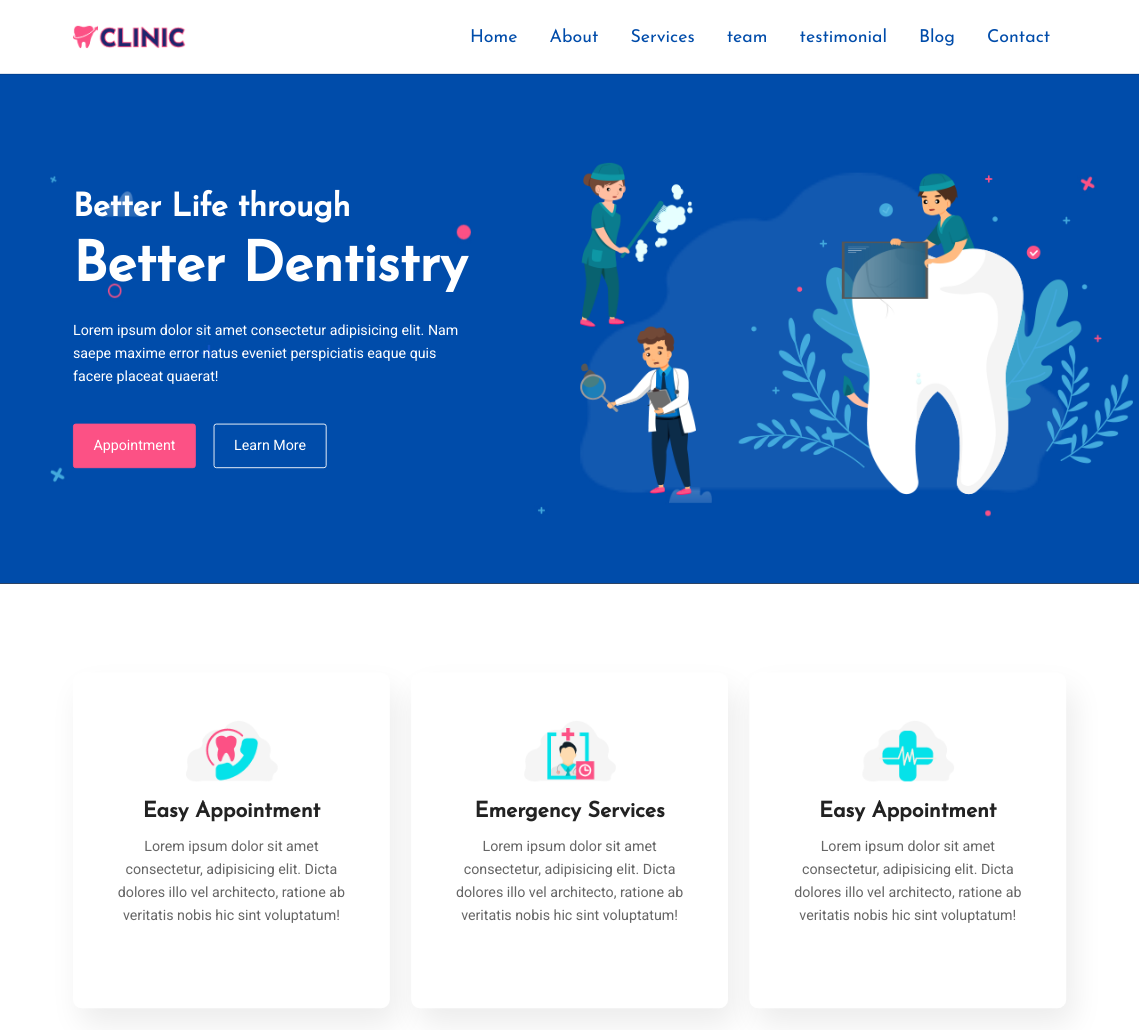
Repository: rsbappy/Project-13
Page: index.html
The author's editor kept a copy of each file at every save. The page is drawn from the files as they stood at one save, then again after the next save.
The browser window is 1280 px wide. The pictures show the whole page, at 89% of full size.
Some web libraries are served in a nearby version.

Above is the page before, as saved 2022-08-19 11:24:58.
Console error: TypeError: Cannot read properties of null (reading 'classList')

### index.html
<!doctype html>
<html lang="en">

<head>
    <!-- Required meta tags -->
    <meta charset="utf-8">
    <meta name="viewport" content="width=device-width, initial-scale=1">

    <!-- favicon icon -->

    <link rel="icon" href="/images/favicon.png" type="image/x-icon">

    <!-- Bootstrap CSS -->
    <link href="https://cdn.jsdelivr.net/npm/bootstrap@5.0.2/dist/css/bootstrap.min.css" rel="stylesheet" integrity="sha384-EVSTQN3/azprG1Anm3QDgpJLIm9Nao0Yz1ztcQTwFspd3yD65VohhpuuCOmLASjC" crossorigin="anonymous">

    <!-- font-awesome icon -->
    <link rel="stylesheet" href="https://cdnjs.cloudflare.com/ajax/libs/font-awesome/6.1.2/css/all.min.css">

    <!-- style CSS -->
    <link rel="stylesheet" href="css/style.css">

    <!-- responsive-style CSS -->
    <link rel="stylesheet" href="/css/responsive-style.css">

    <title>Hotel Website</title>
</head>

<body data-bs-spy="scroll" data-bs-target=".navar" data-bs-offset="100">

    <!-- Navbar Section  -->
    <header class="header_wrapper">
        <nav class="navbar navbar-expand-lg ">
            <div class="container">
                <a class="navbar-brand" href="#">
                    <img src="/images/logo.png" class="img-fluid" alt="logo" srcset="">
                </a>
                <button class="navbar-toggler" type="button" data-bs-toggle="collapse" data-bs-target="#navbarNavAltMarkup" aria-controls="navbarNavAltMarkup" aria-expanded="false" aria-label="Toggle navigation">
                <!-- <span class="navbar-toggler-icon"></span> -->
                <i class="fa-solid fa-bars-staggered navbar-toggler-icon"></i>
              </button>
                <div class="collapse navbar-collapse justify-content-end" id="navbarNavAltMarkup">
                    <div class="navbar-nav menu_navbar_menu">
                        <li class="nav-item">
                            <a class="nav-link active" aria-current="page" href="#Home">Home</a>
                        </li>
                        <li class="nav-item">
                            <a class="nav-link" href="#About">About</a>
                        </li>
                        <li class="nav-item">
                            <a class="nav-link" href="#Services">Services</a>
                        </li>
                        <li class="nav-item">
                            <a class="nav-link" href="#team">team</a>
                        </li>
                        <li class="nav-item">
                            <a class="nav-link" href="#testimonial">testimonial</a>
                        </li>
                        <li class="nav-item">
                            <a class="nav-link" href="#Blog">Blog</a>
                        </li>
                        <li class="nav-item mt-3 mt-lg-0">
                            <a class="nav-link" href="#Contact">Contact</a>
                        </li>

                    </div>
                </div>
            </div>
        </nav>
    </header>
    <!-- Navbar Section exit -->

    <!-- Banner Section  -->
    <section id="home" class="home">
        <div class="banner_wrapper wrapper">
            <div class="container">
                <div class="row align-items-lg-center">
                    <div class="col-md-6 order-md-1 order-2">
                        <h3>
                            Better Life through
                        </h3>
                        <h1>
                            Better Dentistry
                        </h1>
                        <p> Lorem ipsum dolor sit amet consectetur adipisicing elit. Nam saepe maxime error natus eveniet perspiciatis eaque quis facere placeat quaerat!</p>
                        <a href="#" class="main-btn mt-4 fill-btn">Appointment </a>
                        <a href="#" class="main-btn mt-4 ms-3">Learn More </a>

                    </div>
                    <div class="col-md-6 order-md-2 order-1 mb-md-0 mb-5">
                        <div class="top-right-sec">
                            <div class="animate-img">
                                <img class="aimg1" src="./images/top-banner-img/woman-brush.png" alt="">
                                <img class="aimg2" src="./images/top-banner-img/doctor.png" alt="">

                            </div>
                            <img class="img-fluid ms-lg-5" src="./images/top-banner-img/top-right-img-1.png" alt="">

                        </div>
                    </div>
                </div>
            </div>
        </div>
        <div class="wrapper pb-0">
            <div class="container">
                <div class="row">
                    <div class="col-md-4 col-sm-4 mb-4">
                        <div class="card text-center">
                            <div class="icon-box">
                                <img src="/images/top-banner-img/Appointment-icon.png" alt="" srcset="">
                            </div>
                            <div>
                                <h4>
                                    Easy Appointment
                                </h4>
                                <p>Lorem ipsum dolor sit amet consectetur, adipisicing elit. Dicta dolores illo vel architecto, ratione ab veritatis nobis hic sint voluptatum!</p>
                            </div>
                        </div>
                    </div>
                    <div class="col-md-4 col-sm-4 mb-4">
                        <div class="card text-center">
                            <div class="icon-box">
                                <img src="/images/top-banner-img/Emergency-icon.png" alt="" srcset="">
                            </div>
                            <div>
                                <h4>
                                    Emergency Services
                                </h4>
                                <p>Lorem ipsum dolor sit amet consectetur, adipisicing elit. Dicta dolores illo vel architecto, ratione ab veritatis nobis hic sint voluptatum!</p>
                            </div>
                        </div>
                    </div>
                    <div class="col-md-4 col-sm-4 mb-4">
                        <div class="card text-center">
                            <div class="icon-box">
                                <img src="/images/top-banner-img/7-Service-icon.png" alt="" srcset="">
                            </div>
                            <div>
                                <h4>
                                    Easy Appointment
                                </h4>
                                <p>Lorem ipsum dolor sit amet consectetur, adipisicing elit. Dicta dolores illo vel architecto, ratione ab veritatis nobis hic sint voluptatum!</p>
                            </div>
                        </div>
                    </div>
                </div>
            </div>
        </div>
    </section>
    <!-- Banner Section exit -->

    <!-- about Section  -->
    <!-- about Section exit -->

    <!-- Services Section  -->
    <!-- Services Section exit -->

    <!-- team Section  -->
    <!-- team Section exit -->


    <!-- Gallery Section  -->
    <!-- Gallery Section exit -->

    <!-- Testimonial Section  -->
    <!-- Testimonial Section exit -->


    <!-- Testimonial Section  -->
    <!-- Testimonial Section exit -->


    <!-- Appointment Section  -->
    <!-- Appointment Section exit -->

    <!-- Blog Section  -->
    <!-- Blog Section exit -->

    <!-- Footer Section  -->
    <!-- Footer Section exit -->










    <!-- Popper js  -->
    <source src="https://cdn.jsdelivr.net/npm/@popperjs/core@2.9.2/dist/umd/popper.min.js" type="">


    <!-- Bootstrap js  -->

    <script src="https://cdn.jsdelivr.net/npm/bootstrap@5.0.2/dist/js/bootstrap.bundle.min.js" integrity="sha384-MrcW6ZMFYlzcLA8Nl+NtUVF0sA7MsXsP1UyJoMp4YLEuNSfAP+JcXn/tWtIaxVXM" crossorigin="anonymous"></script>



</body>

</html>

### css/style.css
/* TABLE OF CONTENTS */


/*------------------
1. General
2. Navbar
3. Banner
4. About
5. Services
6. Team
7. Gallery
8. Testimonial
9. Blog
10.Footer
------------------*/


/* 1 General */

@import url('https://fonts.googleapis.com/css2?family=Josefin+Sans&display=swap');
@import url('https://fonts.googleapis.com/css2?family=Roboto&display=swap');
* {
    box-sizing: border-box;
    margin: 0;
    padding: 0;
}

:root {
    /* background  */
    --primary-color: #004caa;
    --secondary-color: #fc5185;
    --bg-light-blue: #3672bc;
    --bg-dark: #666;
    --bg-white: #fff;
    /* Text Style  */
    --primary-front: 'Roboto', sans-serif;
    --secondary-front: 'Josefin Sans', sans-serif;
    --primary-text: #004caa;
    --secondary-text: #fc5185;
    --text-white: #fff;
    --text-black: #222;
    --text-gray: #666;
    --text-algin: #ddd;
}

body {
    font-family: var(--primary-front);
    background-color: var(--bg-white);
}

a {
    text-decoration: none;
}

::-webkit-scrollbar {
    width: .375rem;
}

::-webkit-scrollbar-track {
    background: var(--bg-light-blue);
}

::-webkit-scrollbar-thumb {
    background: var(--secondary-color);
}

.wrapper {
    padding: 6.25rem 0;
}

.main-btn {
    display: inline-block;
    border: 0.0725rem solid var(--bg-white);
    color: var(--text-white);
    text-align: center;
    padding: .75rem 1.375rem;
    font-size: 1rem;
    background: transparent;
    text-transform: capitalize;
    border-radius: .1875rem;
    transition: all .3s ease-in-out;
}

.main-btn:hover {
    background-color: var(--secondary-color);
    border-color: var(--secondary-color);
    color: var(--text-white);
}

.fill-btn {
    background-color: var(--secondary-color);
    border-color: var(--secondary-color);
    color: var(--text-white);
}

.fill-btn:hover {
    background-color: var(--bg-white);
    border-color: var(--bg-white);
    color: var(--text-black);
}

h1 {
    font-size: 3.875rem;
    margin-bottom: 1.2rem;
    font-weight: 600;
    color: var(--text-white);
    font-family: var(--secondary-front);
}

h2 {
    font-size: 2.875rem;
    font-weight: 600;
    color: var(--text-white);
    font-family: var(--secondary-front);
}

h3 {
    font-size: 2.25rem;
    font-weight: 600;
    color: var(--text-white);
    font-family: var(--secondary-front);
}

h4 {
    font-size: 1.5rem;
    font-weight: 600;
    line-height: 2.25rem;
    margin-top: 1rem;
    color: var(--text-black);
    font-family: var(--secondary-front);
}

h5 {
    font-size: 1.5rem;
    font-weight: 500;
    line-height: 1.2rem;
    color: var(--primary-text);
    margin-bottom: .9375rem;
    font-family: var(--secondary-front);
}

h5 {
    font-size: .875rem;
    font-weight: 300;
    color: var(--text-black);
    text-transform: uppercase;
    font-family: var(--secondary-front);
}

p {
    font-size: 1rem;
    line-height: 1.625rem;
    color: var(--text-gray);
}

.card {
    border-radius: .625rem;
    background-color: var(--text-white);
    box-shadow: .5084rem 1.1419rem 2.2rem 0 rgb(0 0 0/8%);
    padding: 3.375rem 3.125rem 4.6875rem;
    transition: all .4s;
    border: 0;
}

@keyframes movebounce {
    0% {
        --webkit-transform: translateY(0);
        transform: translateY(0);
    }
    50% {
        --webkit-transform: translateY(1.25rem);
        transform: translateY(1.25rem);
    }
    100% {
        --webkit-transform: translateY(0);
        transform: translateY(0);
    }
}


/*2 Navbar */

.header_wrapper .navbar {
    padding: .9375rem;
    background-color: transparent;
    transition: 0.3s ease-in-out;
}

.header_wrapper .navbar-toggler {
    border: 0;
    box-shadow: none;
    color: var(--text-black);
    line-height: 2;
}

.header_wrapper .nav-item {
    margin: 0 .625rem;
}

.header_wrapper .nav-item .nav-link {
    font-size: 1.25rem;
    font-weight: 400;
    color: var(--primary-text);
    display: inline-block;
    font-family: var(--secondary-front);
}

.header_wrapper .nav-item .nav-link:hover,
.header_wrapper .nav-item .nav-link:focus,
.header_wrapper .nav-item .nav-link .active {
    color: var(--secondary-text);
}

.navbar.header-scrolled {
    position: fixed;
    top: 0;
    left: 0;
    width: 100%;
    z-index: 999;
    background-color: var(--bg-white);
    box-shadow: .5084rem 1.1419rem 2.5rem 0 rgb(0 0 0/8%);
    transition: 0.3s ease-in-out;
}


/*3 banner */

.banner_wrapper {
    background-image: url('/images/top-banner-img/Top-banner.jpg');
    background-position: center center;
    background-repeat: no-repeat;
    background-size: cover;
}

.banner_wrapper p {
    max-width: 80%;
    color: var(--text-white);
}

.banner_wrapper .top-right-sec {
    position: relative;
    background-image: url('/images/top-banner-img/top-right-bg.png');
    background-position: bottom;
    background-repeat: no-repeat;
    background-size: contain;
    display: flex;
    align-items: flex-end;
}

### css/responsive-style.css
@media (max-width: 1199.5px) {
    /* custom  css */
    .card{
        padding: 2.5rem 1.875rem;

    }



    /* header */
    /* top banner */
    /* about */
    /* services*/
}


@media (max-width: 991px) {
    /* custom  css */
    .wrapper{
        padding: 3.125rem 0;
    }
    .main-btn{
        font-size: .875rem;
    }
    h1{
        font-size: 2.8125rem;
        margin-bottom: .625rem;
    }
    h2{
        font-size: 1.875rem;
    }
    h3{
        font-size: 1.5625rem;
    }
    h4{
        font-size: 1.25rem;
    }
    h5{
        font-size: 1.125rem;
    }

    p{
        font-size: .875rem;
        line-height: 1.35rem;

    }
    .card{
        padding: 1.875rem 1rem;
    }
    /* header */
    /* top banner */
    /* about */
    /* services*/
}

@media (max-width: 767px) {
    /* custom  css */
    .main-btn{
        font-size: .875rem;
    }
    h1{
        font-size: 2.5rem;
        margin-bottom: 2.5rem;
    }

    h5{
        font-size: 1.25rem;
    }



    /* header */
    /* top banner */
    /* about */
    /* services*/
}

@media (max-width: 360px) {
    /* custom  css */
    .card{
        padding: 2.5rem 1.875rem;

    }



    /* header */
    /* top banner */
    /* about */
    /* services*/
}

After the next save:
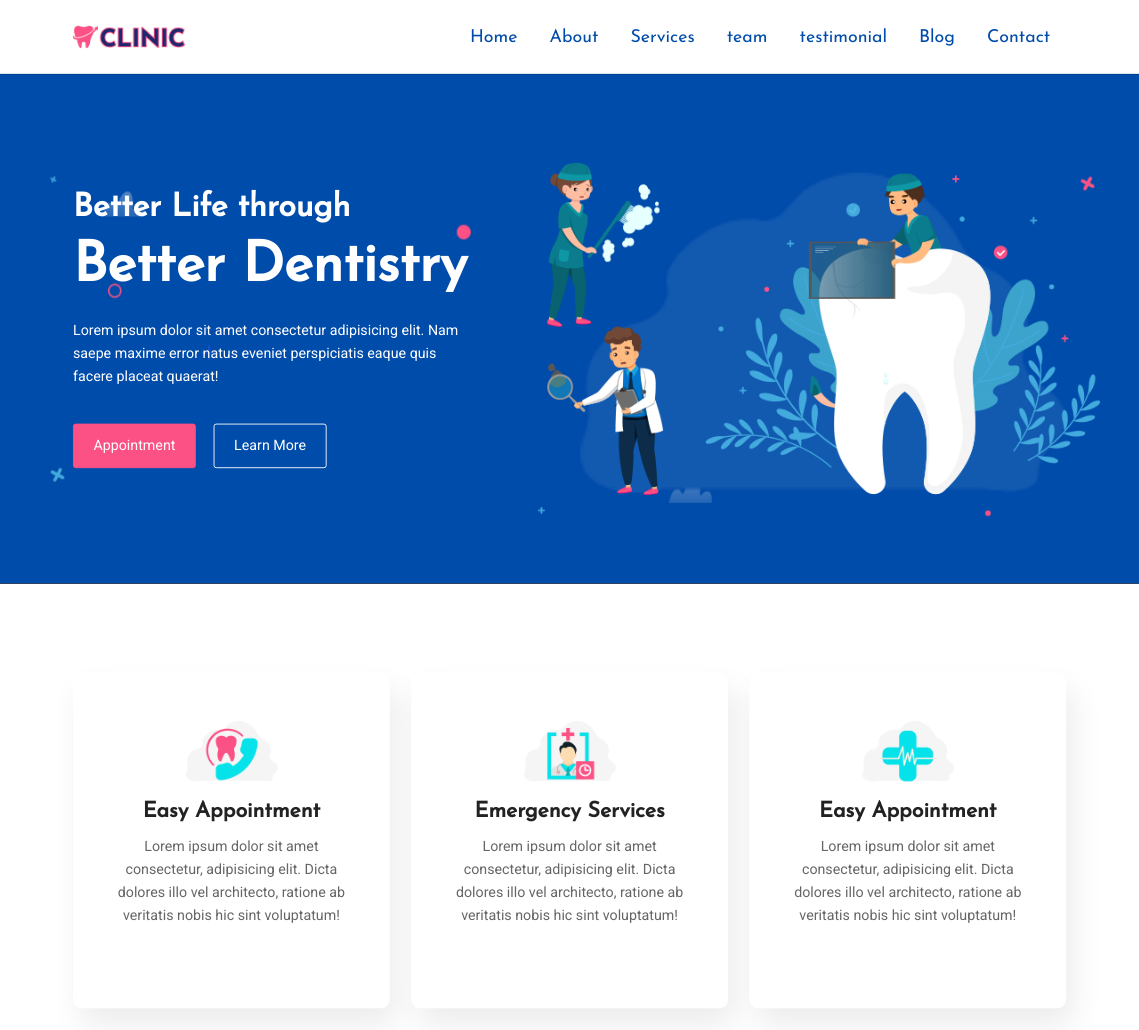
Saved 9 s later.
--- a/css/style.css
+++ b/css/style.css
@@ -245,4 +245,5 @@ p {
     background-size: contain;
     display: flex;
     align-items: flex-end;
-}
+    justify-content: center;
+}
